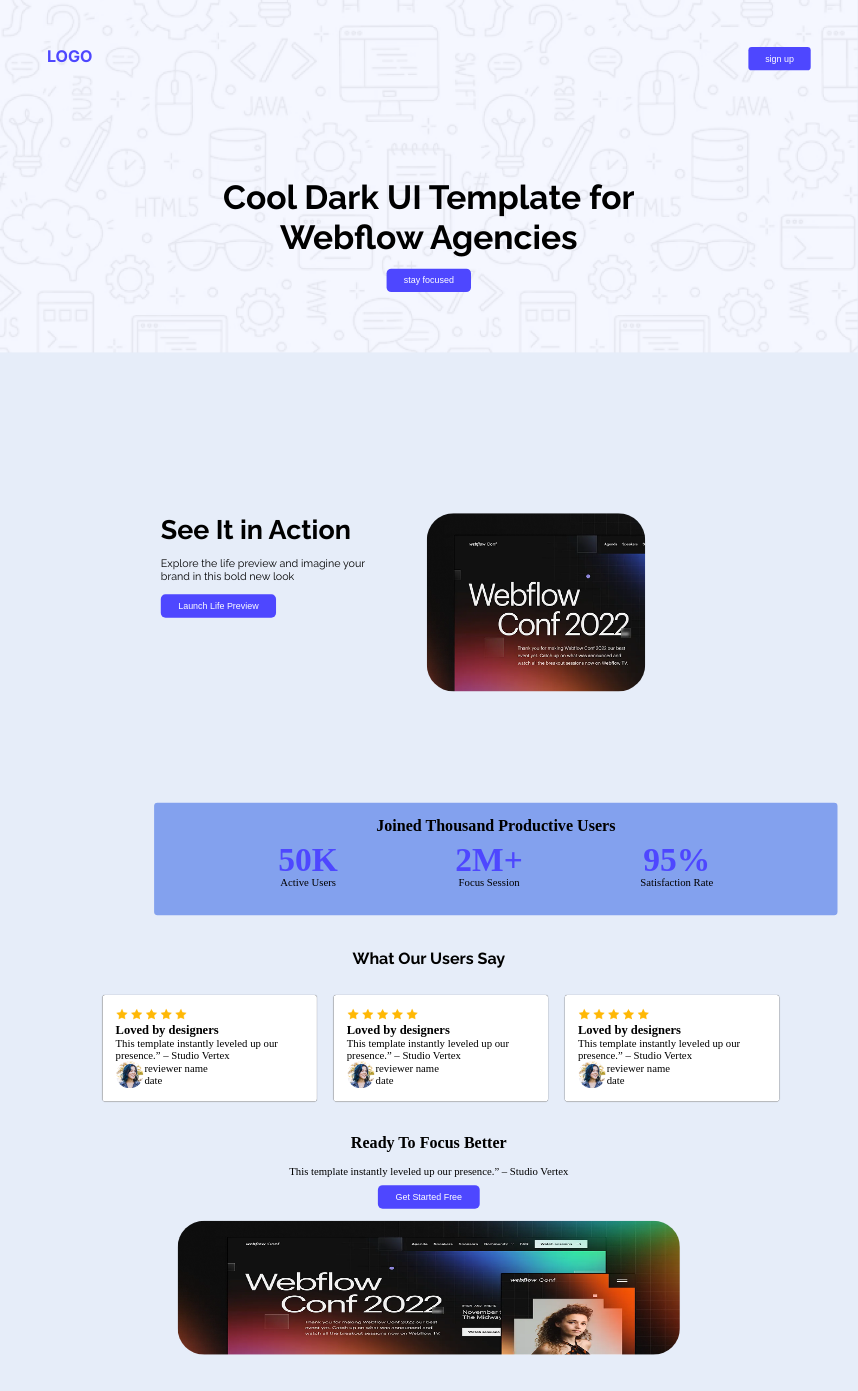
Repository: dollyrakhe22/landing-launchpad
Page: index.html
The author's editor kept a copy of each file at every save. The page is drawn from the files as they stood at one save, then again after the next save.
The browser window is 1280 px wide. The pictures show the whole page, at 67% of full size.

Above is the page before, as saved 2025-07-11 09:14:14.

After the next save:
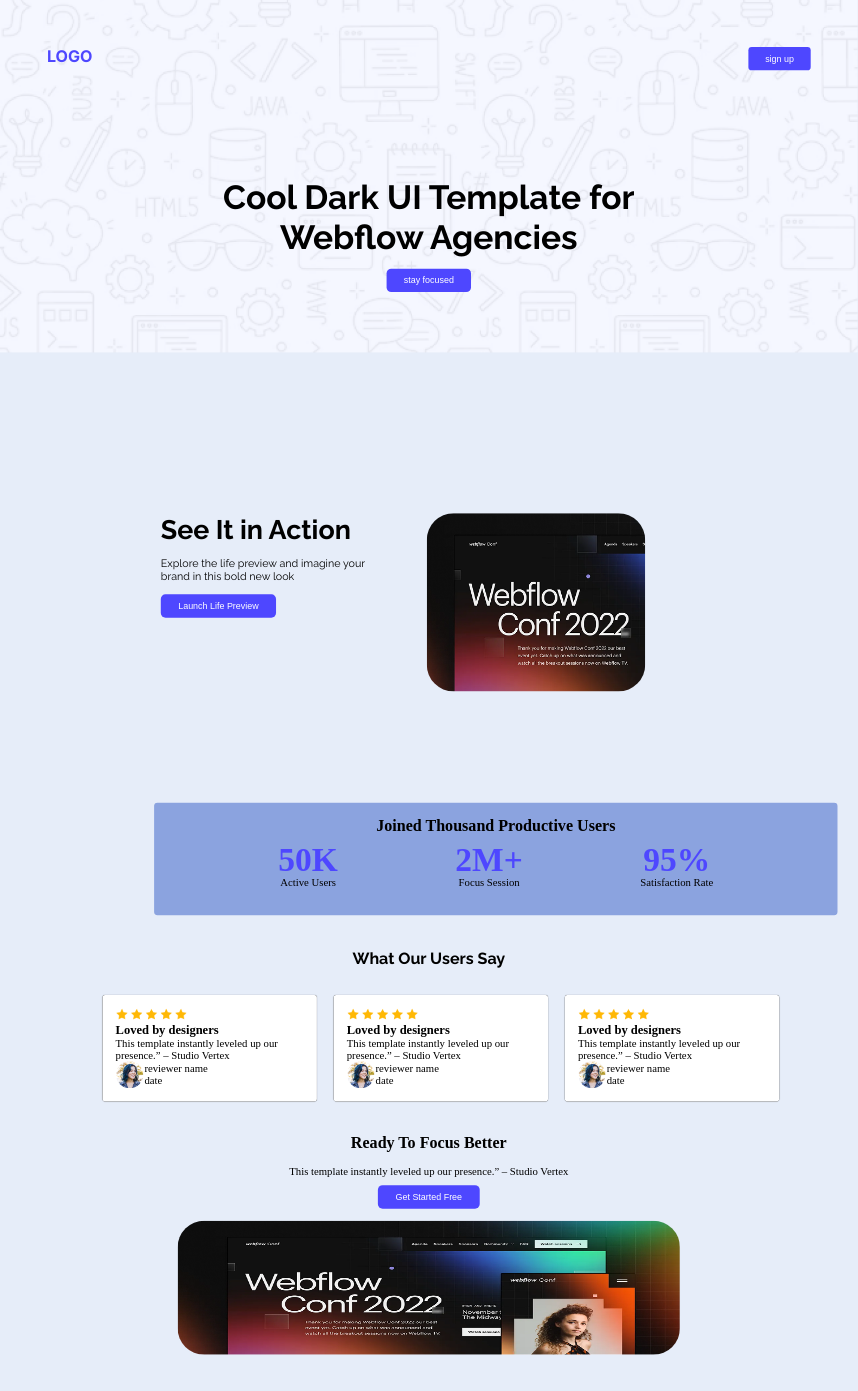
Saved 74 s later.
--- a/style.css
+++ b/style.css
@@ -85,7 +85,7 @@ nav button{
 
     text-align: center;
     border: none;
-    background-color: #83a1ee;
+    background-color: #8ba3df;
     max-width: 1000px;
     padding:10px;
     margin: 0px 0px 0px 230px;
